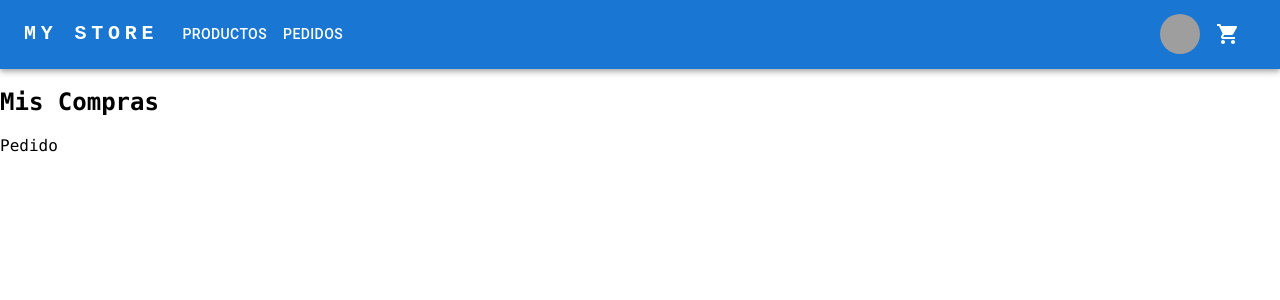
Repository: DanielBorussia/front-my-store
Page: /OrderList
The author's editor kept a copy of each file at every save. The page is drawn from the files as they stood at one save, then again after the next save.
The browser window is 1280 px wide. The pictures show the whole page.
Pictures or frames that could not be fetched are drawn as grey boxes. The project was rebuilt for these pictures with package versions that can differ from the ones it lists, and the page was loaded fresh each time. Also part of the build but not shown: src/components/OrderItem.js, src/containers/MyOrderPreview.js, src/components/ProductItem.js, src/hooks/useGetProducts.js, src/shared/Loading.js, src/containers/ProductList.js, src/pages/Home.js.

Above is the page before, as saved 2023-07-01 16:28:12.

### src/index.js
import React from 'react';
import ReactDOM from 'react-dom/client';
import './index.css';
import App from './routes/App';
import reportWebVitals from './reportWebVitals';

const root = ReactDOM.createRoot(document.getElementById('root'));
root.render(
  <React.StrictMode>
    <App />
  </React.StrictMode>
);

// If you want to start measuring performance in your app, pass a function
// to log results (for example: reportWebVitals(console.log))
// or send to an analytics endpoint. Learn more: https://bit.ly/CRA-vitals
reportWebVitals();

### src/index.css
body {
  margin: 0;
  -webkit-font-smoothing: antialiased;
  -moz-osx-font-smoothing: grayscale;
  font-family: source-code-pro, Menlo, Monaco, Consolas, "Courier New",
  monospace;
}

### src/routes/App.js
import React from 'react';
import { BrowserRouter, Routes, Route } from 'react-router-dom';
import useInitialState from '../hooks/useInitialState';
import AppContext from '../context/AppContext';
import Layout from '../containers/Layout';
import Home from '../pages/Home';
import ShoppingList from '../containers/ShoppingList';

const App = () => {
    const initialState = useInitialState();
    return (
        //encapsular la aplicacion para compartir la informacion
        <AppContext.Provider value={initialState}>
        <BrowserRouter>
            <Layout>
            <Routes>
                <Route exact path="/" element={<Home/>} />
                <Route exact path="/OrderList" element={<ShoppingList/>} />
            </Routes>
            </Layout>
        </BrowserRouter>
        </AppContext.Provider>

    );
}

export default App;

### src/hooks/useInitialState.js
import { useState } from 'react';

const initialState = {
    cart: [],
}

const useInitialState = () => {
    const [state, setState] = useState(initialState);

    const addToCart = (payload) => {
        setState({
            ...state,
            cart: [...state.cart, payload]
        });
    };

    const removeFromCart = (payload) => {
        setState({
            ...state,
            cart: state.cart.filter(item => item.id != payload.id),
        })
    }

    return {
        state,
        addToCart,
        removeFromCart
    }
}

export default useInitialState;

### src/containers/Layout.js
import React from 'react';
import Header from '../components/Header';

const Layout = ({ children }) => {
	return (
		<div className="Layout">
			<Header />
			{children}
		</div>
	);
}

export default Layout;

### src/containers/ShoppingList.js
import { useState } from "react";
// UI
import ShoppingItem from "../components/ShoppingItem";
import { Box } from "@mui/material";

const ShoppingList = () => {
    const [orders, setOrders] = useState([
        {
            id: 1,
            total: 1200,
            cide: '45SADASD',
            products:[
                {
                    id: 1,
                    title: 'product 1',
                    image: 'https://assets.adidas.com/images/w_280,h_280,f_auto,q_auto:sensitive/d1d0a4a589d44010bb8daacd00a85d46_9366/FM3897_250_FM3897_01_laydown.jpg.jpg'
                },
                {
                    id: 2,
                    title: 'product 2',
                    image: 'https://assets.adidas.com/images/w_280,h_280,f_auto,q_auto:sensitive/42c462d2f5d94d80930bae6701225f46_9366/HG7757_120_HG7757_03_standard.jpg.jpg'
                }
            ]
        }
    ]);

    return (
        <section className="main__container">
            <h1>Mis Compras</h1>
            <Box className="soppingList">
                {orders.map(order => (
                    <ShoppingItem order={order} key={order.id} />
                ))}
            </Box>

    </section>
    );
}

export default ShoppingList;

### src/components/Header.js
import React, { useContext, useState } from 'react';
// UI
import AppBar from '@mui/material/AppBar';
import Box from '@mui/material/Box';
import Toolbar from '@mui/material/Toolbar';
import IconButton from '@mui/material/IconButton';
import Typography from '@mui/material/Typography';
import Menu from '@mui/material/Menu';
import MenuIcon from '@mui/icons-material/Menu';
import Container from '@mui/material/Container';
import Avatar from '@mui/material/Avatar';
import Button from '@mui/material/Button';
import Tooltip from '@mui/material/Tooltip';
import MenuItem from '@mui/material/MenuItem';
import AdbIcon from '@mui/icons-material/Adb';
import ShoppingCartIcon from '@mui/icons-material/ShoppingCart';
import AppContext from '../context/AppContext';
import MyOrderPreview from '../containers/MyOrderPreview';

const pages = ['Productos', 'Pedidos'];
const settings = ['Perfil', 'Mis Pedidos', 'Salir'];

const Header = () => {
    const { state } = useContext(AppContext);
    const [anchorElNav, setAnchorElNav] = useState(null);
    const [anchorElUser, setAnchorElUser] = useState(null);
    const [toggleOrderPreview, setToggleOrderPreview] = useState(false);

    const handleOpenNavMenu = (event) => {
        setAnchorElNav(event.currentTarget);
    };

    const handleOpenUserMenu = (event) => {
        setAnchorElUser(event.currentTarget);
    };

    const handleCloseNavMenu = () => {
        setAnchorElNav(null);
    };

    const handleCloseUserMenu = () => {
        setAnchorElUser(null);
    };

    return (
    <AppBar position="static">
      <Container maxWidth="xl">
        <Toolbar disableGutters>
          <Typography
            variant="h6"
            noWrap
            component="a"
            href="/"
            sx={{
              mr: 2,
              display: { xs: 'none', md: 'flex' },
              fontFamily: 'monospace',
              fontWeight: 700,
              letterSpacing: '.3rem',
              color: 'inherit',
              textDecoration: 'none',
            }}
          >
            MY STORE
          </Typography>

          <Box sx={{ flexGrow: 1, display: { xs: 'flex', md: 'none' } }}>
            <IconButton
              size="large"
              aria-label="account of current user"
              aria-controls="menu-appbar"
              aria-haspopup="true"
              onClick={handleOpenNavMenu}
              color="inherit"
            >
              <MenuIcon />
            </IconButton>
            <Menu
              id="menu-appbar"
              anchorEl={anchorElNav}
              anchorOrigin={{
                vertical: 'bottom',
                horizontal: 'left',
              }}
              keepMounted
              transformOrigin={{
                vertical: 'top',
                horizontal: 'left',
              }}
              open={Boolean(anchorElNav)}
              onClose={handleCloseNavMenu}
              sx={{
                display: { xs: 'block', md: 'none' },
              }}
            >
              {pages.map((page) => (
                <MenuItem key={page} onClick={handleCloseNavMenu}>
                  <Typography textAlign="center">{page}</Typography>
                </MenuItem>
              ))}
            </Menu>
          </Box>
          <AdbIcon sx={{ display: { xs: 'flex', md: 'none' }, mr: 1 }} />


          <Typography
            variant="h5"
            noWrap
            component="a"
            href=""
            sx={{
              mr: 2,
              display: { xs: 'flex', md: 'none' },
              flexGrow: 1,
              fontFamily: 'monospace',
              fontWeight: 700,
              letterSpacing: '.3rem',
              color: 'inherit',
              textDecoration: 'none',
            }}
          >
            MY STORE
          </Typography>
          <Box sx={{ flexGrow: 1, display: { xs: 'none', md: 'flex' } }}>
            {pages.map((page) => (
              <Button
                key={page}
                onClick={handleCloseNavMenu}
                sx={{ my: 2, color: 'white', display: 'block' }}
              >
                {page}
              </Button>
            ))}
          </Box>

          <Box sx={{ flexGrow: 0 }}>
            <Tooltip title="Open settings">
              <IconButton onClick={handleOpenUserMenu} sx={{ p: 0 }}>
                <Avatar alt="Remy Sharp" src="/static/images/avatar/2.jpg" />
              </IconButton>
            </Tooltip>
            <Menu
              sx={{ mt: '45px' }}
              id="menu-appbar"
              anchorEl={anchorElUser}
              anchorOrigin={{
                vertical: 'top',
                horizontal: 'right',
              }}
              keepMounted
              transformOrigin={{
                vertical: 'top',
                horizontal: 'right',
              }}
              open={Boolean(anchorElUser)}
              onClose={handleCloseUserMenu}
            >
              {settings.map((setting) => (
                <MenuItem key={setting} onClick={handleCloseUserMenu}>
                  <Typography textAlign="center">{setting}</Typography>
                </MenuItem>
              ))}
            </Menu>
          </Box>
          <Box sx={{ margin: 2 }}>
            <Tooltip title="Car">
              <IconButton  onClick={() => setToggleOrderPreview(!toggleOrderPreview)} color="inherit" sx={{ p: 0 }}>
               <ShoppingCartIcon />
               {state.cart.length > 0 ? <div>{state.cart.length}</div>  : null}
              </IconButton>
            </Tooltip>
          </Box>
        </Toolbar>
      </Container>
      {toggleOrderPreview && <MyOrderPreview />}
    </AppBar>
  );
}

export default Header;

### src/components/ShoppingItem.js
import { Box } from '@mui/material';
import React from 'react'

const ShoppingItem = ({ order }) => {
    return (
        <section className='shoppingItem'>
            <Box className="shoppingItem__info">
                <span>Pedido {order.code}</span>
            </Box>
        </section>
    );
}

export default ShoppingItem;

### src/styles/ProductList.scss
@import 'vars';

.productList {
	display: grid;
	grid-template-columns: repeat(auto-fill, 240px);
	gap: 26px;
	place-content: center;
	margin: 3em 0 0 0;
}

@media (max-width: 640px) {
	.productList {
		grid-template-columns: repeat(auto-fill, 140px);
	}
}

### src/styles/MyOrderPreview.scss
@import 'vars';

.myOrderPreview {
	transition: all 0.25s;
    -webkit-transition: all 0.25s;
	overflow:hidden;
    background: #fff;
	width: 360px;
	height: 100%;
	padding: 24px;
	box-sizing: border-box;
	position: absolute;
	right: 0;
	top: 69px;
	border-radius: 6px;
	bottom: 0;
	z-index: 1;
	border: 1px solid var(--very-light-pink);
    .myOrderPreview__title {
        display: flex;
        font-size: var(--lg);
	    font-weight: bold;
		color: var(--black);
        img {
            margin-right: 14px;
         }
    }
}



.myOrderPreview__resume {
	display: grid;
	grid-template-columns: auto 1fr;
	gap: 16px;
	align-items: center;
	background-color: var(--text-input-field);
	margin-bottom: 24px;
	border-radius: 8px;
	padding: 0 24px;
	color: var(--black);

	.myOrderPreview__resume--label {
		font-size: var(--md);
		font-weight: bold;
	}
	.myOrderPreview__resume--value {
		text-align: end;
		font-weight: bold;
	}
}

.primary-button {
	background-color: var(--hospital-green);
	border-radius: 8px;
	border: none;
	color: var(--white);
	width: 100%;
	cursor: pointer;
	font-size: var(--md);
	font-weight: bold;
	height: 50px;
}
@media (max-width: 640px) {
	.myOrderPreview {
		width: 100%;
	}
}

### src/styles/ProductItem.scss
@import 'vars';

.productItem {
	width: 240px;
}
.productItem img {
	width: 240px;
	height: 240px;
	border-radius: 20px;
	object-fit: cover;
	cursor: pointer;
}
.productItem__info {
	cursor: pointer;
	display: flex;
	justify-content: space-between;
	align-items: center;
	margin-top: 12px;
}
.productItem__info figure {
	margin: 0;
}
.productItem__info figure img {
	width: 35px;
	height: 35px;
}
.productItem__info div p:nth-child(1) {
	font-weight: bold;
	font-size: var(--md);
	margin-top: 0;
	margin-bottom: 4px;
}
.productItem__info div p:nth-child(2) {
	font-size: var(--sm);
	margin-top: 0;
	margin-bottom: 0;
	color: var(--very-light-pink);
}
@media (max-width: 640px) {
	.cards-container {
		grid-template-columns: repeat(auto-fill, 140px);
	}
	.ProductItem {
		width: 140px;
	}
	.ProductItem img {
		width: 140px;
		height: 140px;
	}
}

### src/styles/_vars.scss
:root {
	--white: #FFFFFF;
	--black: #000000;
	--very-light-pink: #C7C7C7;
	--text-input-field: #F7F7F7;
	--hospital-green: #ACD9B2;
	--sm: 14px;
	--md: 16px;
	--lg: 18px;
}

### src/styles/OrderItem.scss
@import 'vars';

.orderItem {
	display: grid;
	grid-template-columns: auto 1fr auto auto;
	gap: 16px;
	margin-bottom: 24px;
	align-items: center;
    .orderItem__image img{
        width: 70px;
        height: 70px;
        border-radius: 20px;
        object-fit: cover;
    }
    .orderItem__information--title{
        color: var(--very-light-pink);
    }
    .orderItem__information--price{
        font-size: var(--md);
        font-weight: bold;
        color: var(--black);
    }
}

Loaded but not shown: public/index.html (common file); src/reportWebVitals.js (common file); src/context/AppContext.js (common file)

After the next save:
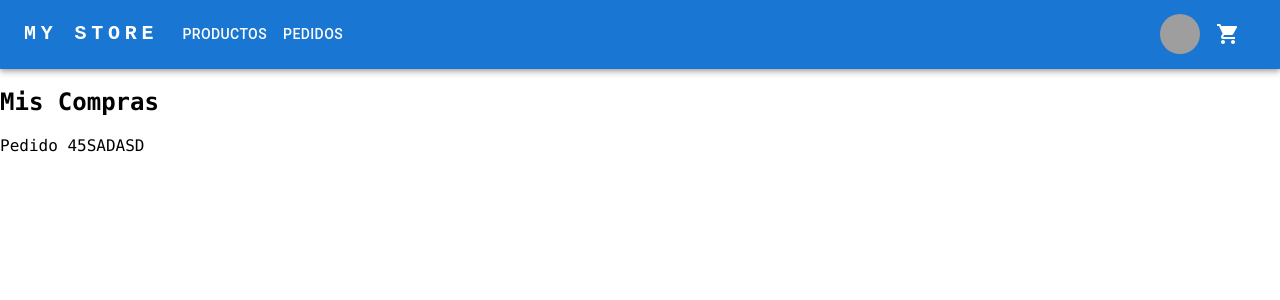
Saved 9 s later.
--- a/src/containers/ShoppingList.js
+++ b/src/containers/ShoppingList.js
@@ -8,7 +8,7 @@ const ShoppingList = () => {
         {
             id: 1,
             total: 1200,
-            cide: '45SADASD',
+            code: '45SADASD',
             products:[
                 {
                     id: 1,
